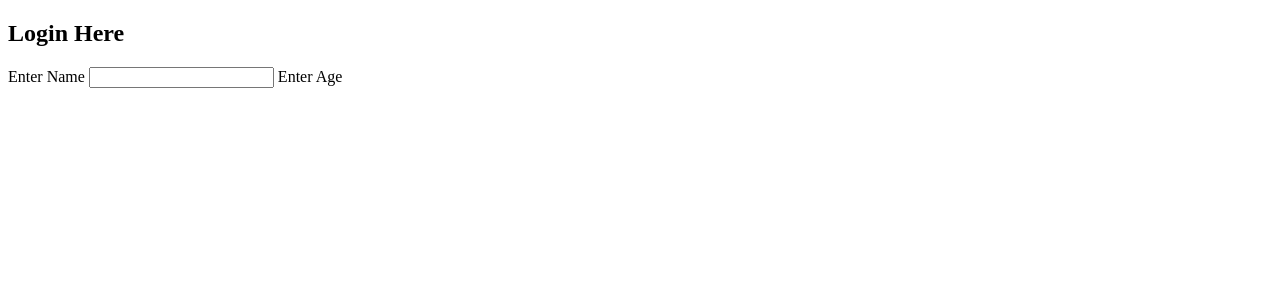
Repository: Mehakbatra496/Eclipse-Workspace
Page: A1_PracticeWebApp/src/main/webapp/index.html
An editor plug-in stored every save of this project. The page is shown before and after the next save, followed by the edit.
The browser window is 1280 px wide. The pictures show the whole page.

Above is the page before, as saved 2024-04-21 13:11:26.

### A1_PracticeWebApp/src/main/webapp/index.html
<!DOCTYPE html>
<html>
<head>
<meta charset="UTF-8">
<title>Insert title here</title>
</head>
<body>
	<h2> Login Here</h2>

	<form action="">

	<label>Enter Name</label>

	<input>

		<label>Enter Age</label>


	</form>



</body>
</html>

After the next save:
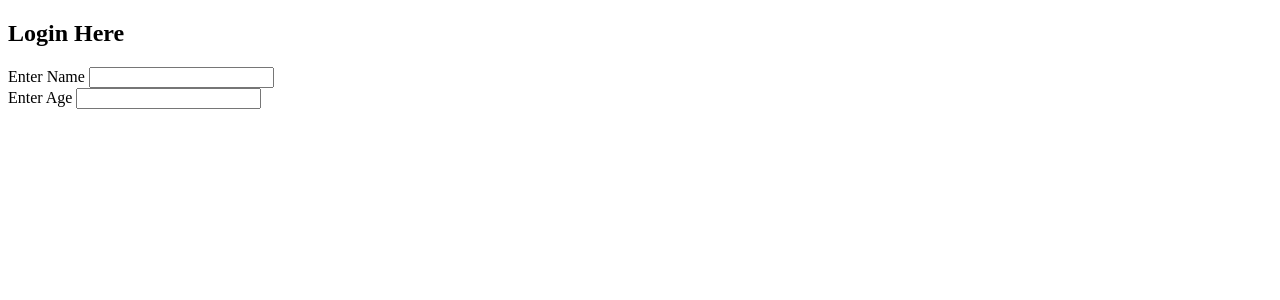
Saved 93 s later.
--- a/A1_PracticeWebApp/src/main/webapp/index.html
+++ b/A1_PracticeWebApp/src/main/webapp/index.html
@@ -11,10 +11,13 @@
 
 	<label>Enter Name</label>
 
-	<input>
+	<input type="text" name="email1"/>
+
+	<br>
 
 		<label>Enter Age</label>
 
+		<input type="text" name="email1"/>
 
 	</form>
 
